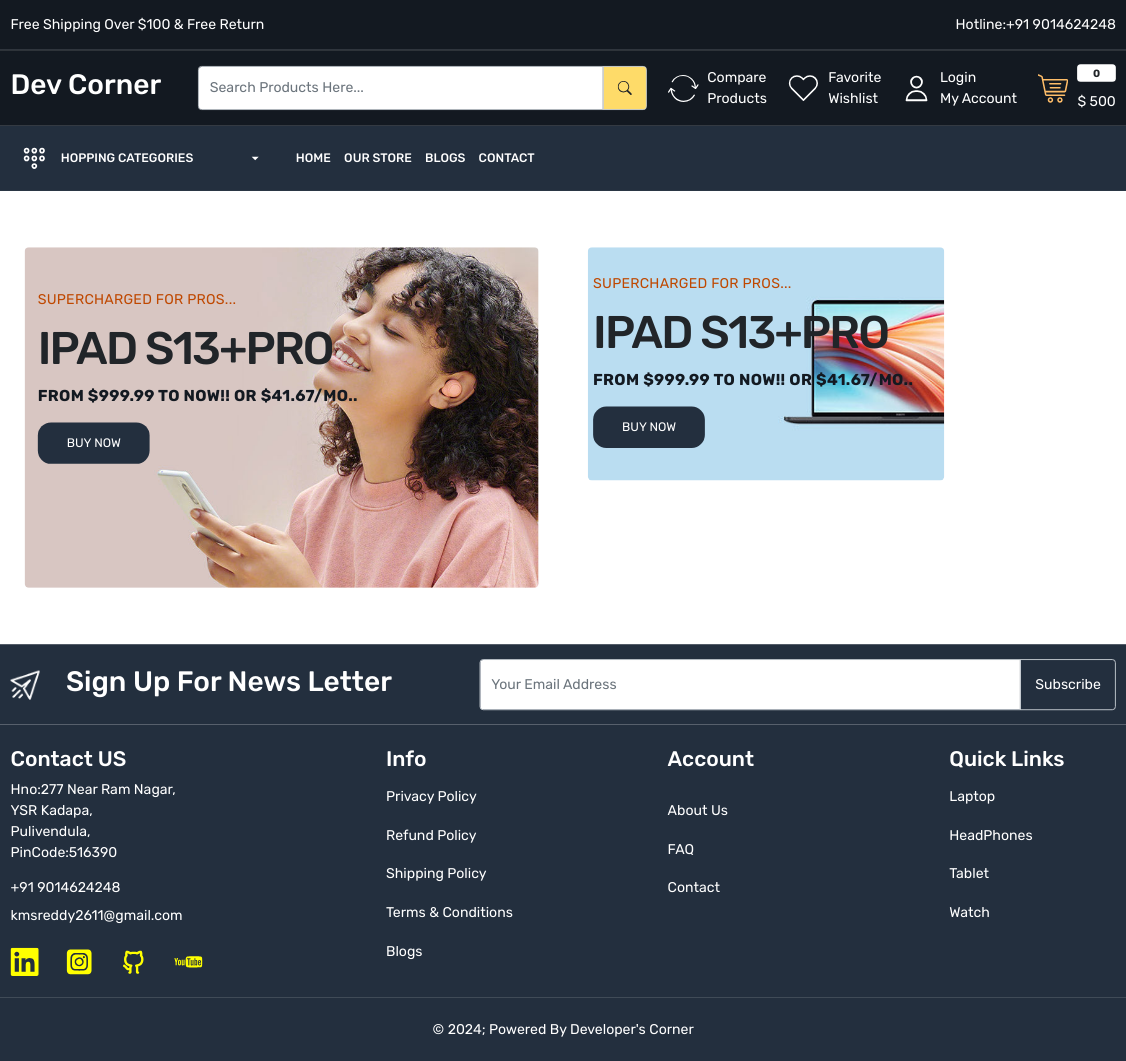
Repository: maniheist/ecommerce-app
Page: /
The author's editor kept a copy of each file at every save. The page is drawn from the files as they stood at one save, then again after the next save.
The browser window is 1280 px wide. The pictures show the whole page, at 88% of full size.
The project was rebuilt for these pictures with package versions that can differ from the ones it lists, and the page was loaded fresh each time. Also part of the build but not shown: src/pages/About.js, src/pages/Contact.js.

Above is the page before, as saved 2024-02-18 18:39:45.

After the next save:
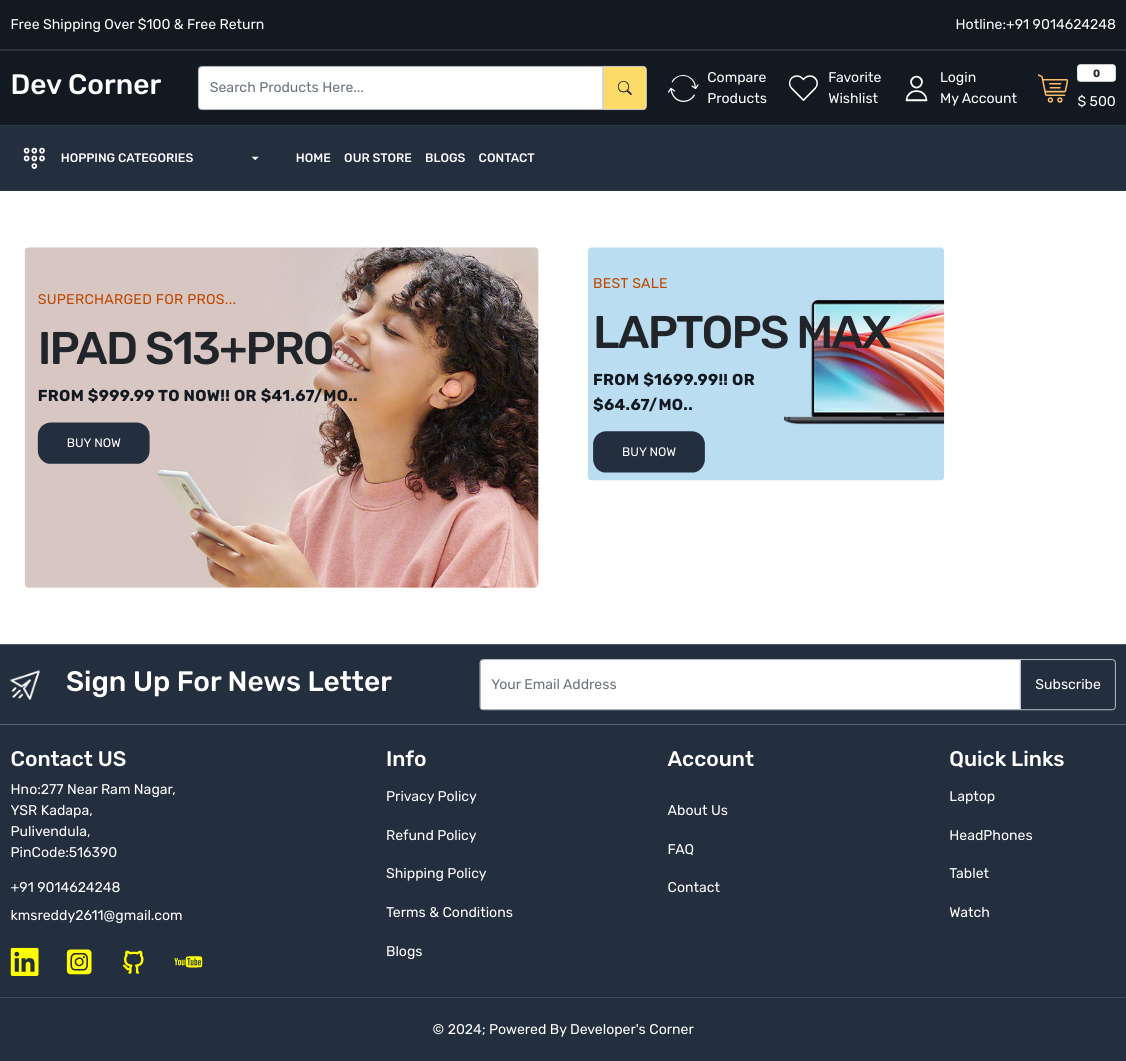
Saved 2 min 20 s later.
--- a/src/pages/Home.js
+++ b/src/pages/Home.js
@@ -23,9 +23,9 @@
              <div className='small-banner position-relative p-3'>
             <img src='images/catbanner-01.jpg' className='img-fluid rounded-3' alt='small banner' />
             <div className='small-banner-content position-absolute'>
-              <h4>SUPERCHARGED FOR PROS...</h4>
-              <h5>IPAD S13+PRO</h5>
-              <p>FROM $999.99 TO NOW!! OR $41.67/MO..</p>
+              <h4>BEST SALE</h4>
+              <h5>LAPTOPS MAX</h5>
+              <p>FROM $1699.99!! OR <br />$64.67/MO..</p>
               <Link className='button'>BUY NOW</Link>
             </div>
 
